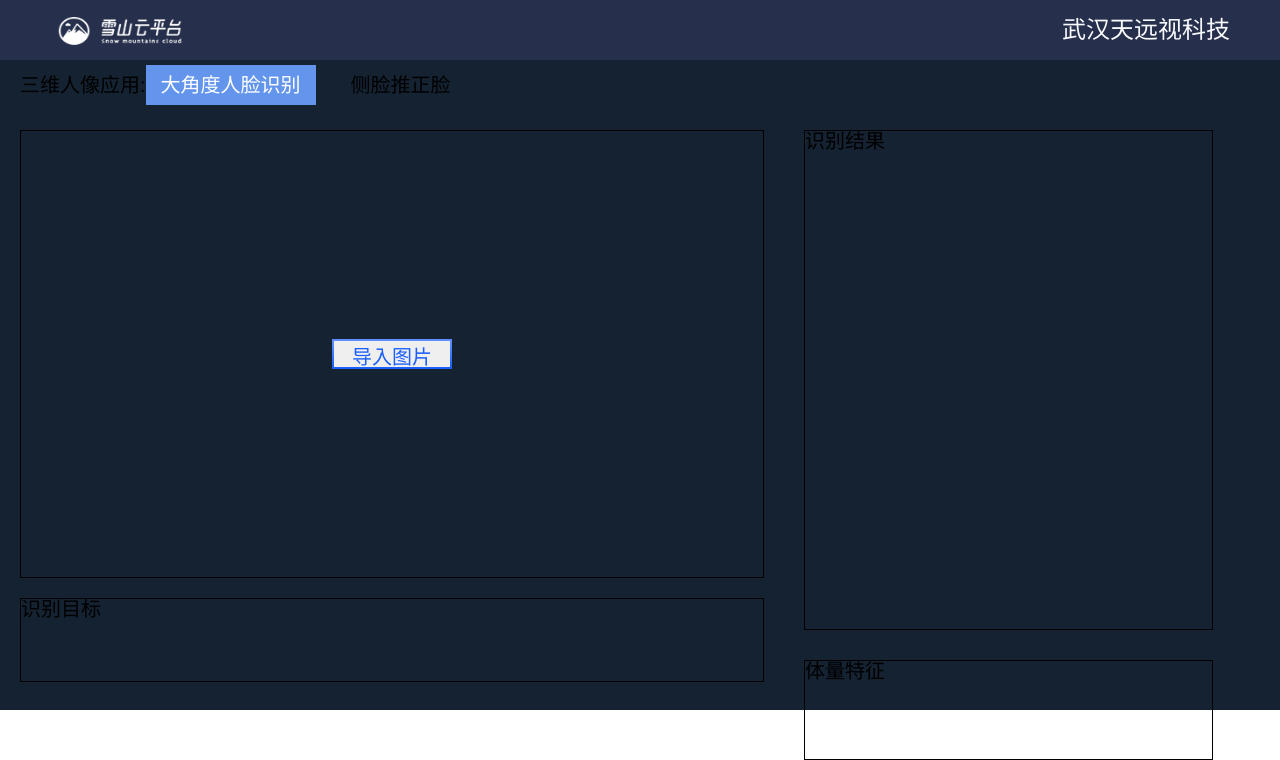
Repository: fyt2020/pubilcDemlo
Page: /
The author's editor kept a copy of each file at every save. The page is drawn from the files as they stood at one save, then again after the next save.
The browser window is 1280 px wide. The pictures show the whole page.
The project was rebuilt for these pictures with package versions that can differ from the ones it lists, and the page was loaded fresh each time.

Above is the page before, as saved 2020-04-28 10:28:11.

### index.html
<!DOCTYPE html>
<html>
  <head>
    <meta charset="utf-8">
    <meta name="viewport" content="width=device-width,initial-scale=1.0">
    <title>pubilcdemo</title>
    <script src="./static/config.js"></script>
    <script src="./static/main.js"></script>
  </head>
  <body>
    <div id="app"></div>
    <!-- built files will be auto injected -->
  </body>
</html>

### src/main.js
// The Vue build version to load with the `import` command
// (runtime-only or standalone) has been set in webpack.base.conf with an alias.
import Vue from 'vue'
import App from './App'
import router from './router'
import '@/assets/css/reset.css'
import axios from '@/plugins/axios';

Vue.config.productionTip = false
Vue.prototype.$http = axios;
/* eslint-disable no-new */
new Vue({
  el: '#app',
  router,
  components: { App },
  template: '<App/>'
})

### src/router/index.js
import Vue from 'vue'
import Router from 'vue-router'
import Home from '@/pages/Home'

Vue.use(Router)

export default new Router({
  linkExactActiveClass: "exactActive",
  linkActivesClass: "active",
  routes: [
    {
      path: '/',
      name: 'home',
      component: Home,
      meta:{
        needTooken:false
      },
      redirect:'/bigAngle',
      children:[
        {
          path: 'bigAngle',
          name: 'bigAngle',
          component: () => import("@/pages/bigAngle"),
          meta:{
            needTooken:false
          },

        },
        {
          path: 'face',
          name: 'face',
          component: () => import("@/pages/face"),
          meta:{
            needTooken:false
          },

        }

      ]
    }
  ]
})

### src/assets/css/reset.css
@charset "UTF-8";
/**
 * @desc pc端常用reset.css
 * @author archer
 * @date 2018-08-26
 */
html,body,div,p,ul,li,dl,dt,dd,em,i,span,a,img,input,h1,h2,h3,h4,h5,nav,section,footer,header,table,tr,th,td,ul,li{margin:0;padding:0;box-sizing: border-box;}
h1,h2,h3,h4,h5,h6{font-weight:normal}
i,em,b{font-style:normal}
article,aside,details,figcaption,figure,footer,header,menu,nav,section {display: block;}
a,img,input {border:none;}
a {text-decoration:none;}
a:hover, a:active {outline: none;}
ul,li{list-style: none}
button,input,select,textarea{font-size:100%;outline:none}
table{border-collapse:collapse;border-spacing:0}
html, body {width: 100%;height: 100%;}
body{font-family:"Helvetica Neue",Helvetica, Arial,sans-serif; font-size: 14px;line-height:1}

### src/pages/Home.vue
<template>
  <div class="home">
      <div class="header">
           <div class="header__left">
                <img src="../assets/img/logo1.png" alt="" class="logo_img">

           </div>
           <div class="header__right">
                <span>武汉天远视科技</span>
           </div>
      </div>
      <div class="navigation">
            <span>三维人像应用:</span>
            <router-link tag="li" :to="{name:'bigAngle'}" class="navigation__item">大角度人脸识别</router-link>
            <router-link tag="li" :to="{name:'face',params:{id:'self'}}" class="navigation__item">侧脸推正脸</router-link>
      </div>

      <div class="content">
         <router-view />
      </div>

  </div>
</template>

<script>
export default {
  data() {
    return {};
  },
  computed: {},
  created() {

  },
  mounted() {

  },
  methods: {

  },
  components: {}
};
</script>

<style lang="scss" scoped>
@import "@/assets/css/home.scss";
</style>

### src/pages/bigAngle.vue
<template>
  <div class="bigAngle">
    <div class="bigAngle__left">
      <div class="left__top">
        <img :src="uploadImgUrl" alt class="uploadImg" v-if="uploadImgUrl" />
        <img
          src="../assets/img/delete.png"
          alt
          class="delete__img"
          v-show="closeKey"
          @click="close"
        />
        <button class="btn" @click="uploadFile2" v-if="btnKey">
          导入图片
          <form
            name="fileList"
            id="fileList"
            action="uploadURL"
            method="POST"
            enctype="multipart/form-data"
            class="file"
          >
            <input
              type="file"
              hidden
              @change="beforeUploadFile2($event)"
              id="upload_file2"
              class="file-inp"
            />
          </form>
        </button>
      </div>
      <div class="left__bottom">
        <span class="left__bottomT">识别目标</span>
        <ul class="recg__box">
          <li class="recg__item" v-for="item in angleImg" :key="item.id">
            <img :src="item.src" alt class="recg__itemImg"/>
          </li>
        </ul>
      </div>
    </div>
    <div class="bigAngle__right">
      <div class="right__top">
        <span class="right__topT">识别结果</span>
        <div id="WebGL-output"></div>
        <ul class="info__box" v-if="infoObj.collectNo">
          <li class="info__item">
            <span class="info__iteml">采集编号:</span>
            <span class="info__itemr">{{infoObj.collectNo}}</span>
          </li>
          <li class="info__item">
            <span class="info__iteml">性别:</span>
            <span class="info__itemr">{{infoObj.sex}}</span>
          </li>
          <li class="info__item">
            <span class="info__iteml">证件号:</span>
            <span class="info__itemr">{{infoObj.idNo}}</span>
          </li>
          <li class="info__item">
            <span class="info__iteml">采集时间:</span>
            <span class="info__itemr">{{infoObj.time}}</span>
          </li>
        </ul>
      </div>
      <div class="right__bottom">
           <span class="right__topT">体量特征</span>
           <ul class="tl__box" v-if="charData.length>0">
               <li class="tl__item" v-for="item in charData" :key="item.value">
                   <span class="tl__iteml same">{{item.title}}</span>
                   <span class="tl__itemr same">{{item.value}}</span>
               </li>
           </ul>
      </div>
    </div>
  </div>
</template>

<script>
import axios from 'axios'
export default {
  props: {},
  data() {
    return {
      btnKey: true,
      uploadImgUrl: "",
      closeKey: false,
      camera: null,
      renderer: null,
      boxHelper: null,
      animationId: null,
      modelObj: null,
      scene: null,
      infoObj: {
          collectNo:'',
          sex:'',
          time:'',
          idNo:''
      },
      charData:[],
      angleImg:[],

      source: 0
    };
  },
  computed: {},
  created() {},
  mounted() {},
  watch: {},
  methods: {
    close() {
      console.log($('#WebGL-output'))
      $('#WebGL-output').empty();
      this.uploadImgUrl = "";
      this.closeKey = false;
      this.btnKey = true;
      this.angleImg = [];
      this.charData =[];
      this.infoObj = {
          collectNo:'',
          sex:'',
          time:'',
          idNo:''
      },
      this.removeEntity(this.modelObj);
    },
    uploadFile2() {
      let file = document.getElementById("upload_file2");
      file.click();
    },
    beforeUploadFile2(e) {
      let VM = this;
      let files = e.target.files[0];
      let nameArr = e.target.files[0].name.split(".");
      let len = nameArr.length;
      let startName = e.target.files[0].name.split(".")[0];
      let endName = nameArr[len - 1];
      if (
        endName != "jpg" &&
        endName != "png" &&
        endName != "jpeg" &&
        endName != "JPG" &&
        endName != "PNG" &&
        endName != "JPEG"
      ) {
        VM.$Message.error(`上传图片格式不是jpg或png!`);
        return;
      }
      if (!files) {
        return;
      }
      this.btnKey = false;
      this.closeKey = true;
      let reader = new FileReader();
      reader.onloadend = function() {
        VM.uploadImgUrl = reader.result;
      };
      reader.readAsDataURL(files);
      this.angleImg = [{id:Math.floor(Math.random*100),src:`../../static/data/${startName}/${startName}_angle.jpg`}];
      this.INIT(400, 400, startName);
      this.getInfo(startName);
    },

    INIT(width, height, name) {
      let VM = this;
      //场景构建
      VM.scene = new THREE.Scene();
      //相机构建
      VM.camera = new THREE.PerspectiveCamera(45, width / height, 0.1, 2000); //四个参数 视场角 方向 最近距 最远距  fov对应着图中的视角，是上下两面的夹角。aspect是近平面的宽高比。
      // camera.lookAt( new THREE.Vector3(0, 0, 0));
      //渲染器构建
      VM.renderer = new THREE.WebGLRenderer({
        antialias: true
      });

      //设置背景颜色
      VM.renderer.setClearColor(0x484b5f);
      //三个参数 width height updateStyle第三个选填
      VM.renderer.setSize(width, height);
      //激活阴影
      VM.renderer.shadowMapEnabled = true;
      //添加材质灯光阴影
      var ambiColor = "ffffff";
      var ambientLight = new THREE.AmbientLight(ambiColor);
      VM.scene.add(ambientLight);

      //添加坐标系
      // var axes = new THREE.AxisHelper(100);
      // scene.add(axes);

      //添加网格
      // var helper = new THREE.GridHelper( 1000, 50 ,0x0000ff, 0xff8080);
      // scene.add(helper);
      VM.boxHelper = new THREE.BoxHelper();

      var controls = new THREE.OrbitControls(VM.camera, VM.renderer.domElement);
      //controls.target = new THREE.Vector3(0, 0, 0);
      // 使动画循环使用时阻尼或自转 意思是否有惯性
      controls.enableDamping = true;
      //动态阻尼系数 就是鼠标拖拽旋转灵敏度
      controls.dampingFactor = 0.25;
      //是否可以缩放
      controls.enableZoom = true;
      //是否自动旋转
      controls.autoRotate = false;
      //设置相机距离原点的最近距离
      //controls.minDistance = 200;
      //设置相机距离原点的最远距离
      //controls.maxDistance = 600;
      //是否开启右键拖拽
      controls.enablePan = true;
      //上下旋转范围
      controls.minPolarAngle = 0;
      controls.maxPolarAngle = Math.PI * (90 / 180);
      //左右旋转范围
      controls.minAzimuthAngle = -Math.PI * (60 / 180);
      controls.maxAzimuthAngle = Math.PI * (60 / 180);

      controls.panSpeed = 0.2;
      controls.rotateSpeed = 0.1;
      //模型
      var onProgress = function(xhr) {
        // if (xhr.lengthComputable) {
        //   //可计算的长度
        //   var percentCompvare = (xhr.loaded / xhr.total) * 100; //加载程度百分比
        //   var elem = document.getElementById("myBar");
        //   var width = parseInt(percentCompvare);
        //   elem.style.width = width + "%";
        //   $(".loading").text("正在下载:" + parseInt(percentCompvare) + "%");
        // }
      };
      var onError = function(xhr) {
        // $(".loading")
        //   .show()
        //   .text("下载失败");
        return;
      };

      var modelPath = `../../static/data/${name}`;
      var objLoader = new THREE.OBJLoader2();
      var callbackOnLoad = function(event) {
        VM.modelObj = event.detail.loaderRootNode;
        VM.modelObj.name = `${name}`;
        VM.modelObj.scale.set(1.9, 1.9, 1.9);
        VM.modelObj.children[0].geometry.computeBoundingBox();
        VM.modelObj.rotation.x = THREE.Math.degToRad(-88);
        VM.modelObj.children[0].geometry.center();
        VM.boxHelper.setFromObject(VM.modelObj);
        let center = VM.boxHelper.geometry.boundingSphere.center;
        let radius = VM.boxHelper.geometry.boundingSphere.radius;
        let cameraPos = new THREE.Vector3(
          center.x + VM.modelObj.position.x,
          center.y + VM.modelObj.position.y,
          radius * 2.2 + center.z + VM.modelObj.position.z
        );
        let lookPos = new THREE.Vector3(
          center.x + VM.modelObj.position.x,
          center.y + VM.modelObj.position.y,
          center.z + VM.modelObj.position.z
        );
        VM.camera.position.copy(cameraPos);
        controls.target = lookPos;
        VM.camera.lookAt(lookPos);
        VM.scene.add(VM.modelObj);
      };
      let typeObj = VM.source == "1" ? "textured" : "cut";
      objLoader.loadMtl(modelPath + `/${typeObj}_mesh.mtl`, null, function(
        materialCreator
      ) {
        materialCreator[`${typeObj}_mesh`].opacity = 1; // new THREE.Color(1,1,1)
        objLoader.setMaterials(materialCreator);
        objLoader.setLogging(true, true);
        objLoader.load(
          modelPath + `/${typeObj}_mesh.obj`,
          callbackOnLoad,
          onProgress,
          onError,
          null,
          false
        );
      });
      VM.camera.lookAt(VM.scene.position);
      //在页面上添加渲染器，dom元素
      $("#WebGL-output").append(VM.renderer.domElement);
      renderScene();
      VM.getModelTxt(name);
      function renderScene() {
        var clock = new THREE.Clock();
        var delta = clock.getDelta(); //三角点
        controls.update();
        VM.camera.updateProjectionMatrix();
        VM.animationId = requestAnimationFrame(renderScene); //请求动画框架
        VM.renderer.render(VM.scene, VM.camera);
      }
    },
    clearRenderer() {
      let VM = this;
      VM.renderer.dispose();
      VM.renderer.forceContextLoss();
      VM.renderer.context = null;
      VM.renderer.domElement = null;
      VM.renderer = null;
    },
    getModelTxt(name) {
      let VM = this;
      let id = new Date().getTime();
      let params = {
        headers: {
          "Content-Type": "text/plain;charset=utf-8"
        },
        responseType: "text/json",
        inCharset: "utf-8",
        outCharset: "utf-8",
        timeout: 30000,
        random: id
      };
      axios
        .get(
          `../../static/data/${name}/face_points_distance.txt`,
        )
        .then(function(res) {
            let newData = res.data.split("\r\n");
            let len = newData.length;
            for (var i = 0; i < len; i++) {
              let obj = {};
              if (newData[i]) {
                let k = newData[i].split(":")[0];
                let v = newData[i].split(":")[1];
                obj['title'] = k;
                obj['value'] = v;
              }
              VM.charData.push(obj)
            }
        })
        .catch(function(error) {
          console.log(error);
        });
    },
    getInfo(name) {
      let VM = this;
      this.$http.api
        .get(`../../static/data/${name}/${name}.json`)
        .then(function(res) {
          if (res.data.code === 0) {
            let data = res.data.result;
            VM.infoObj = data
          }
        })
        .catch(function(error) {
          console.log(error);
        });
    },
    //移除模型
    removeEntity(object) {
      let selectedObject = this.scene.getObjectByName(object.name);
      // console.log('renderer.renderLists',this.renderer.renderLists)
      selectedObject.traverse(function(item) {
        if (item instanceof THREE.Mesh) {
          item.geometry.dispose(); //删除几何体
          //item.material.dispose(); //删除材质
          if (Array.isArray(item.material)) {
            item.material.forEach(function(i) {
              i.dispose(); //删除材质
            });
          } else {
            item.material.dispose();
          }
        }
      });
      this.scene.remove(selectedObject);
      this.renderer.dispose();
      this.renderer.clear();
      this.renderer.renderLists.dispose();
      this.modelObj = null;
      THREE.Cache.clear();
    }
  },
  beforeDestroy() {},
  components: {}
};
</script>

<style scoped lang="scss">
@import "@/assets/css/bigAngle.scss";
</style>

### src/assets/css/home.scss
.home{
    font-size: 20px;
    width: 100vw;
    height: 100vh;
    .header{
        width: 100%;
        height: 60px;
        background-color: #262f4b;
        display: flex;
        align-items: center;
        color:  #f8faff;;
        justify-content: space-between;
        padding: 0 50px;
        font-size: 24px;
        .header__left{
            height: 100%;
            display: flex;
            align-items: center;
            .logo_img{
                width: 141px;
                height: 35px;
            }
        }
        .header__right{
            height: 100%;
            display: flex;
            align-items: center;
        }
    }
    .navigation{
        width: 100%;
        height: 50px;
        display: flex;
        align-items: center;
        box-sizing: border-box;
        background-color: #142232;
        padding: 0 20px;
        &__item{
            height: 40px;
            line-height: 40px;
            box-sizing: border-box;
            padding: 0 15px;
            margin-right: 20px;
        }
        &__item.exactActive{
             display: flex;
             background-color: cornflowerblue;
             color: #fff;
        }
    }
    .content{
        height: calc(100% - 120px);
        width: 100%;
        padding: 20px;
        background-color: #142232;
    }
}

### src/assets/css/bigAngle.scss
.bigAngle{
     display: flex;
     width: 100%;
     height: 100%;
     .bigAngle__left{
        width: 60%;
        height: 100%;
        margin-right: 40px;
        display: flex;
        flex-direction: column;
        .left__top{
             width: 100%;
             height: 80%;
             border: 1px solid black;
             margin-bottom: 20px;
             display: flex;
             align-items: center;
             justify-content: center;
             position: relative;
             .uploadImg{
                height: 100%;
             }
             .delete__img{
                position: absolute;
                width: 36px;
                height: 36px;
                right: 20px;
                top:20px;
                transition: all 0.1 linear;
                z-index: 2100;
                cursor: pointer;
             }
             .btn{
                 position: absolute;
                 outline: none;
                 border-style: solid;
                 border-width: 2px;
                 border-image-source: linear-gradient(0deg,#1a5fff 0%, #5f8ffd 100%);
                 border-image-slice: 1;
                 width: 120px;
                 height: 30px;
                 line-height: 30px;
                 color: #1a5fff;
                 border-radius: 6px;
                 z-index: 9999;
             }
        }
        .left__bottom{
            width: 100%;
            height: 15%;
            border: 1px solid black;
            .left__bottom{

            }
            .recg__box{

                display: flex;
                align-items: center;
                justify-content: flex-start;
                .recg__item{
                    width: 100px;
                    height: 100px;
                    .recg__itemImg{

                        height: 100%;
                    }
                }
            }
        }
     }
     .bigAngle__right{
        width: 33%;
        height: 100%;


        .right__top{
            border: 1px solid black;
            width: 100%;
            height: 500px;
            position: relative;
            margin-bottom: 30px;
            .right__topT{

            }
            #WebGL-output{
                width: 400px;
                height: 400px;
            }
            .info__box{
                position: absolute;
                right: 0;
                bottom: 0;
                width: 300px;
                height: 200px;
                background-color: black;
                display: flex;
                flex-direction: column;

                color: blanchedalmond;


            }
        }
        .right__bottom{

            border: 1px solid black;
            width: 100%;
            height: 100px;
            .right__topT{

            }
            .tl__box{
                display: flex;

                .tl__item{



                 .same{




                 }
                 .tl__iteml{

                 }
                 .tl__itemr{

                 }
                }
            }


        }

     }
}

### static/config.js
window.BASEURL = {
     type:'id',

     imgUrl__collectNo:'srlp1576136811447'
};

Loaded but not shown: src/App.vue (common file); src/plugins/axios.js (library)

After the next save:
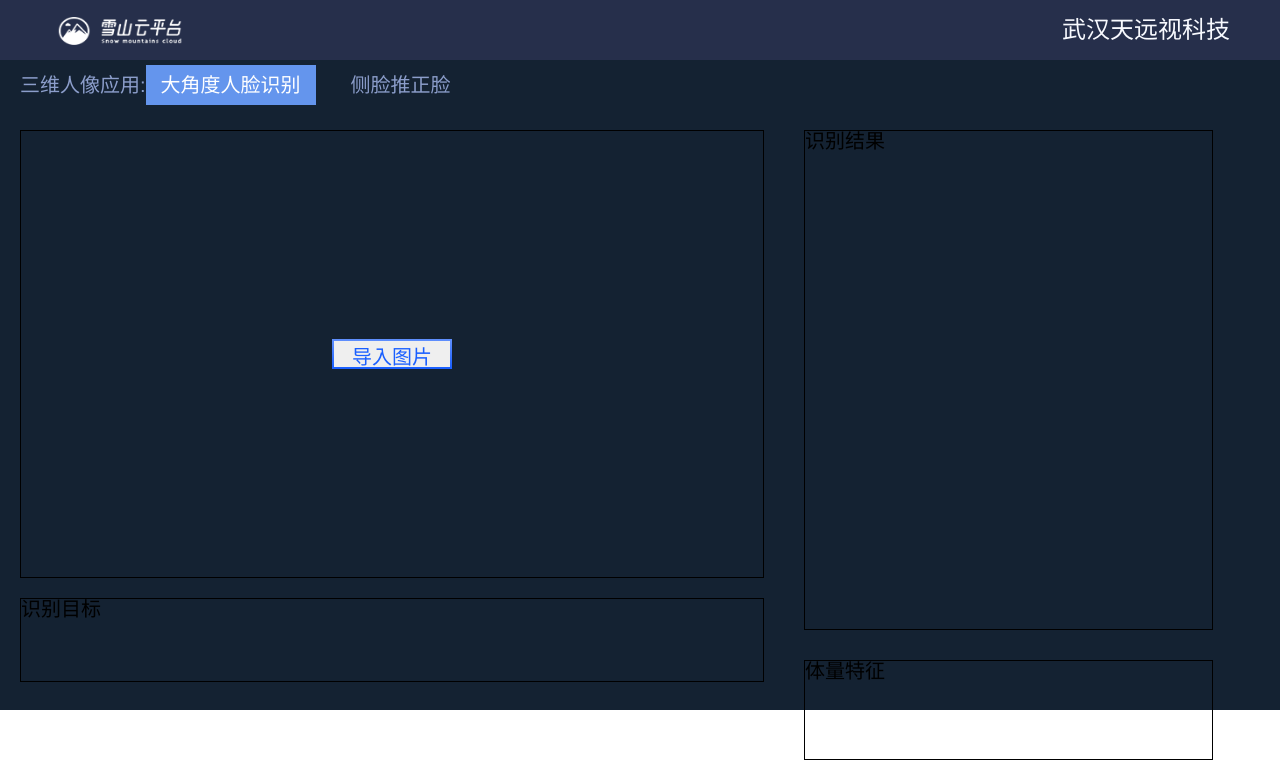
Saved 47 s later.
--- a/src/assets/css/home.scss
+++ b/src/assets/css/home.scss
@@ -34,6 +34,7 @@
         align-items: center;
         box-sizing: border-box;
         background-color: #142232;
+        color:  #8c9ecb;
         padding: 0 20px;
         &__item{
             height: 40px;
